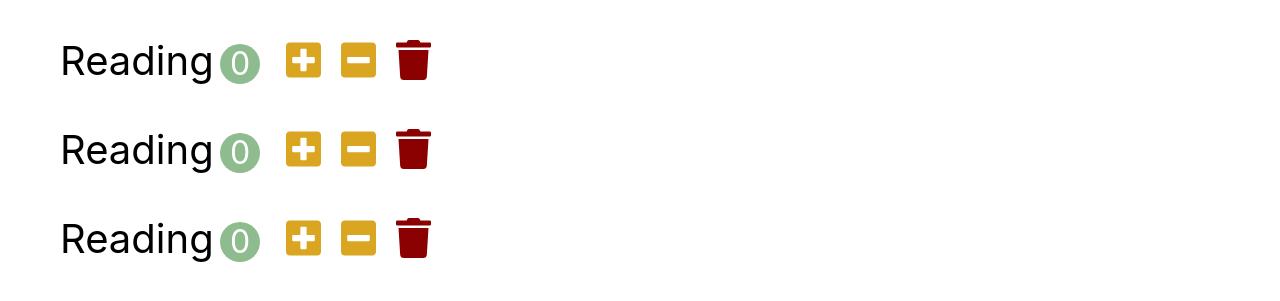
Repository: keehoonjung/react-habit-tracker
Page: / (app in react/habit-tracker/)
An editor plug-in stored every save of this project. The page is shown before and after the next save, followed by the edit.
The browser window is 1280 px wide. The pictures show the whole page.
The project was rebuilt for these pictures with package versions that can differ from the ones it lists, and the page was loaded fresh each time.

Above is the page before, as saved 2021-08-30 16:55:26.

### react/habit-tracker/public/index.html
<!DOCTYPE html>
<html lang="en">
  <head>
    <meta charset="utf-8" />
    <link rel="icon" href="%PUBLIC_URL%/favicon.ico" />
    <meta name="viewport" content="width=device-width, initial-scale=1" />
    <meta name="theme-color" content="#000000" />
    <meta
      name="description"
      content="Web site created using create-react-app"
    />
    <link rel="apple-touch-icon" href="%PUBLIC_URL%/logo192.png" />
    <title>App</title>
  </head>
  <body>
    <noscript>You need to enable JavaScript to run this app.</noscript>
    <div id="root"></div>
  </body>
</html>

### react/habit-tracker/src/app.jsx
import React from "react";
import "./app.css";
import Habits from "./components/habits";

function App() {
  return <Habits />;
}

export default App;

### react/habit-tracker/src/app.css
button {
  outline: none;
  border: 0;
  cursor: pointer;
}

.habit {
  font-size: 2.5rem;
  padding: 0.5em;
  list-style: none;
}

.habit-count {
  display: inline-block;
  text-align: center;
  width: 2.5rem;
  height: 2.5rem;
  line-height: 2.5rem;
  font-size: 2rem;
  margin-left: 0.2em;
  margin-right: 0.5em;
  background-color: darkseagreen;
  color: white;
  border-radius: 50%;
}

.habit-button {
  font-size: 2.5rem;
  margin: 0 0.1em;
  background-color: transparent;
}

.habit-button:hover {
  opacity: 0.8;
}

.habit-increase,
.habit-decrease {
  color: goldenrod;
}

.habit-delete {
  color: darkred;
}

### react/habit-tracker/src/components/habits.jsx
import React, { Component } from "react";
import Habit from "./habit";

class Habits extends Component {
  state = {
    habits: [
      { id: 1, name: "Reading", count: 0 },
      { id: 2, name: "Running", count: 0 },
      { id: 3, name: "Coding", count: 0 },
    ],
  };
  render() {
    return (
      <ul>
        {this.state.habits.map((habit) => (
          <Habit key={habit.id} habit={habit} />
        ))}
      </ul>
    );
  }
}

export default Habits;

### react/habit-tracker/src/components/habit.jsx
import React, { Component } from "react";

class Habit extends Component {
  state = {
    count: 0,
  };
  handleIncrement = () => {
    this.setState({ count: this.state.count + 1 });
  };

  handledecrement = () => {
    const count = this.state.count - 1;
    this.setState({ count: count < 0 ? 0 : count });
  };
  render() {
    const { name, count } = this.props.habit;
    return (
      <li className="habit">
        <span className="habit-name">Reading</span>
        <span className="habit-count">{this.state.count}</span>
        <button
          className="habit-button habit-increase"
          onClick={this.handleIncrement}
        >
          <i className="fas fa-plus-square"></i>
        </button>
        <button
          className="habit-button habit-decrease"
          onClick={this.handledecrement}
        >
          <i className="fas fa-minus-square"></i>
        </button>
        <button className="habit-button habit-delete">
          <i className="fas fa-trash"></i>
        </button>
      </li>
    );
  }
}

export default Habit;

Loaded but not shown: react/habit-tracker/src/index.js (common file); react/habit-tracker/src/index.css (common file)

After the next save:
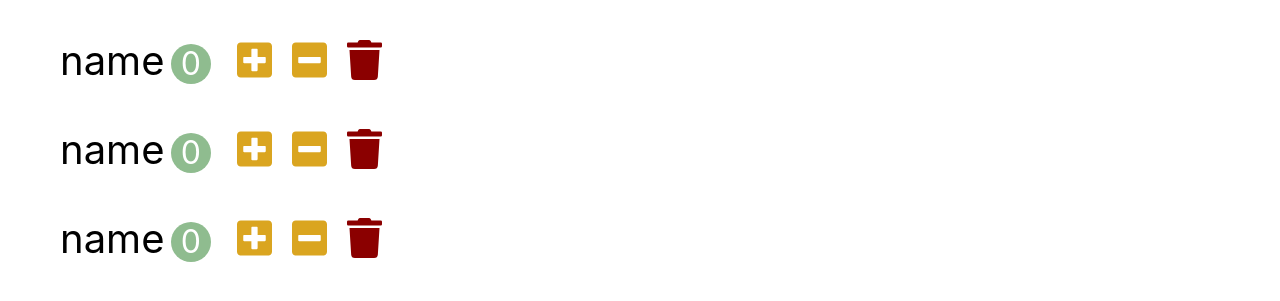
Saved 7 s later.
--- a/react/habit-tracker/src/components/habit.jsx
+++ b/react/habit-tracker/src/components/habit.jsx
@@ -16,7 +16,7 @@ class Habit extends Component {
     const { name, count } = this.props.habit;
     return (
       <li className="habit">
-        <span className="habit-name">Reading</span>
+        <span className="habit-name">name</span>
         <span className="habit-count">{this.state.count}</span>
         <button
           className="habit-button habit-increase"
